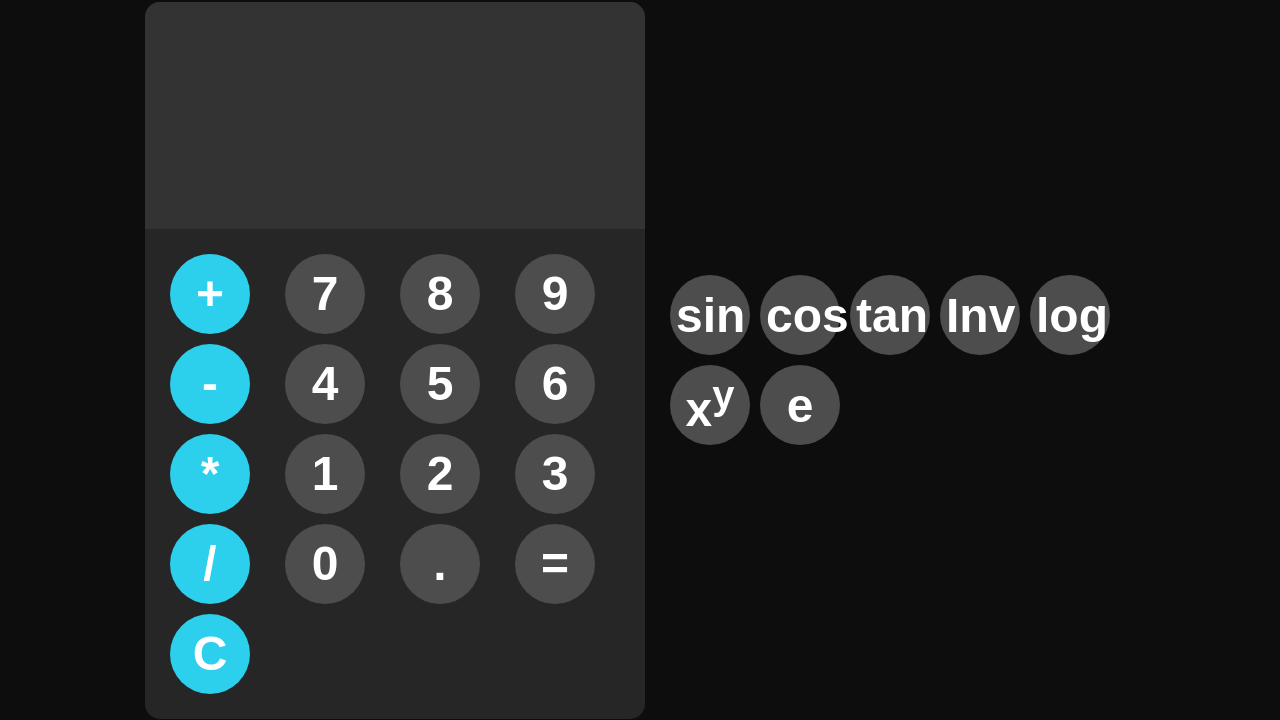
Repository: Haakim19/JavaScript
Page: Calculater/Main.html
These files come from the project's save history. The page is drawn as it stood at one moment and after the next save; the edit follows.
The browser window is 1280 px wide. The pictures show the whole page.

Above is the page before, as saved 2024-10-23 09:38:56.

### Calculater/Main.html
<!DOCTYPE html>
<html lang="en">
<head>
    <meta charset="UTF-8">
    <meta name="viewport" content="width=device-width, initial-scale=1.0">
    <title>Calculator</title>
    <link rel="stylesheet" href="Main.css">
</head>
<body>
    <div id="calculator-normal">
        <input id= "display1" readonly>
        <input id="display2" readonly>
        <div id="keys-normal">
            <button onclick="appentToDisplay('+')" class="operator-btn">+</button>
            <button onclick="appentToDisplay('7')">7</button>
            <button onclick="appentToDisplay('8')">8</button>
            <button onclick="appentToDisplay('9')">9</button>
            <button onclick="appentToDisplay('-')" class="operator-btn">-</button>
            <button onclick="appentToDisplay('4')">4</button>
            <button onclick="appentToDisplay('5')">5</button>
            <button onclick="appentToDisplay('6')">6</button>
            <button onclick="appentToDisplay('*')" class="operator-btn">*</button>
            <button onclick="appentToDisplay('1')">1</button>
            <button onclick="appentToDisplay('2')">2</button>
            <button onclick="appentToDisplay('3')">3</button>
            <button onclick="appentToDisplay('/')" class="operator-btn">/</button>
            <button onclick="appentToDisplay('0')">0</button>
            <button onclick="appentToDisplay('.')" >.</button>
            <button onclick="calculate()" >=</button>
            <button onclick="clearDisplay()" class="operator-btn">C</button>
        </div>
    </div>
    <div id="keys-sientific">
        <button onclick="appentToDisplay('sin')">sin</button>
        <button onclick="appentToDisplay('cos')">cos</button>
        <button onclick="appentToDisplay('tan')">tan</button>
        <button onclick="appentToDisplay('Inv')">Inv</button>
        <button onclick="appentToDisplay('log')">log</button>
        <button onclick="appentToDisplay('sin')">x<sup>y</sup></button>
        <button onclick="appentToDisplay('e')">e</button>
    </div>
<script src="Main.js"></script>
</body>
</html>

### Calculater/Main.css
body{
    margin: 0;
    display: flex;
    justify-content: center;
    align-items: center;
    height: 100vh;
    background-color: hsl(0,0%, 5%);
}
#calculator-normal{
    font-family:sans-serif;
    background-color: hsl(0, 0%, 15%);
    border-radius: 15px;
    max-width: 500px;
    overflow: hidden;
}
#display1{
    width: 100%;
    padding: 20px;
    font-size: 3rem;
    border: none;
    text-align: left;
    padding-right: -15px;
    color: white;
    background-color: hsl(0, 0%, 20%);

}
#display2{
    width: 100%;
    padding: 20px;
    font-size: 5rem;
    border: none;
    text-align: left;
    padding-right: -15px;
    color: white;
    background-color: hsl(0, 0%, 20%);

}
#keys-normal{
    display: grid;
    grid-template-columns: repeat(4, 1fr);
    gap: 10px;
    padding: 25px;
}
#keys-sientific{
    display: grid;
    grid-template-columns: repeat(5, 1fr);
    gap: 10px;
    padding: 25px;
}
button{
    width: 80px;
    height: 80px;
    color: white;
    border-radius: 50px;
    border: none;
    font-size: 3rem;
    background-color: hsl(0, 0%, 30%);
    font-weight: bold;
    cursor: pointer;
}
button:hover{
    background-color: hsl(0, 0%, 40%);
}
button:active{
    background-color: hsl(0, 0%, 50%);
}
.operator-btn{
    background-color: hsl(189, 84%, 55%);
}
.operator-btn:hover{
    background-color: hsl(189, 84%, 65%);
}
.operator-btn:active{
    background-color: hsl(189, 84%, 75%);
}

### Calculater/Main.js
const display = document.getElementById('display2');

function appentToDisplay(input){
    display.value += input;
}
function clearDisplay(){
    display.value = '';
}
function calculate(){
    try{
        display.value = eval(display.value);}
    catch{
        display.value = 'Error';
    }

}

After the next save:
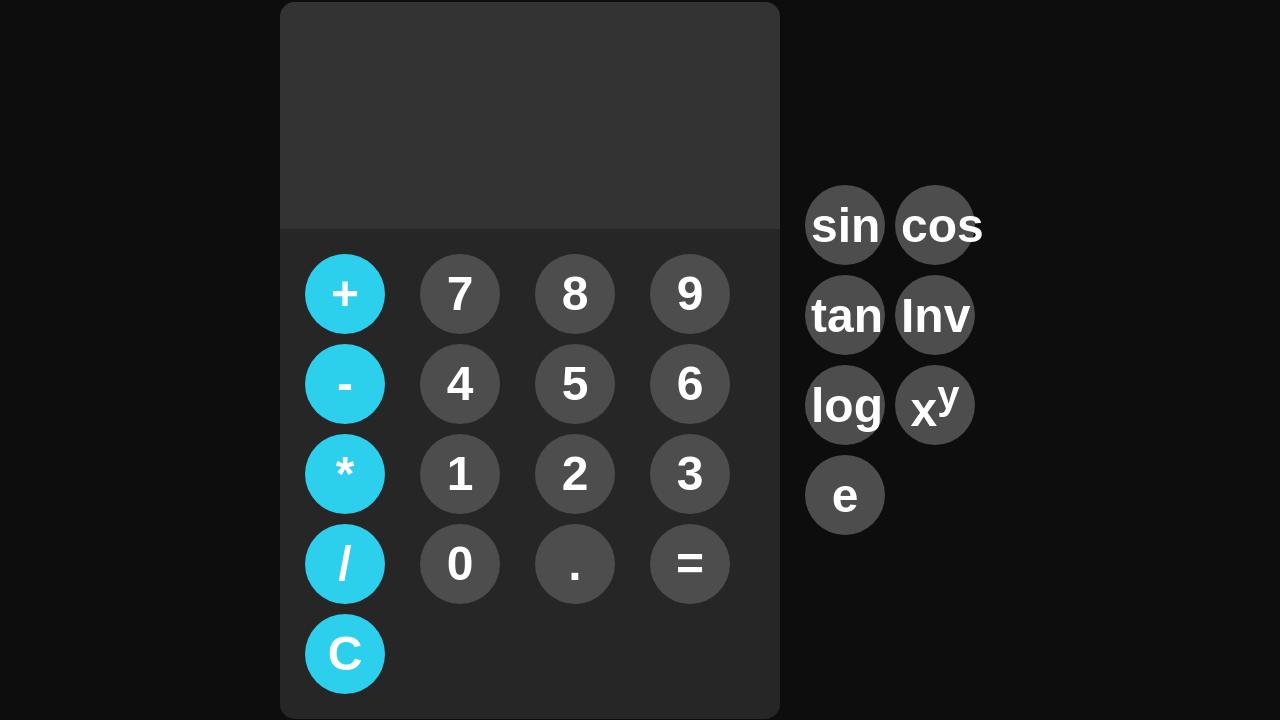
Saved 7 s later.
--- a/Calculater/Main.css
+++ b/Calculater/Main.css
@@ -43,7 +43,7 @@ body{
 }
 #keys-sientific{
     display: grid;
-    grid-template-columns: repeat(5, 1fr);
+    grid-template-columns: repeat(2, 1fr);
     gap: 10px;
     padding: 25px;
 }
